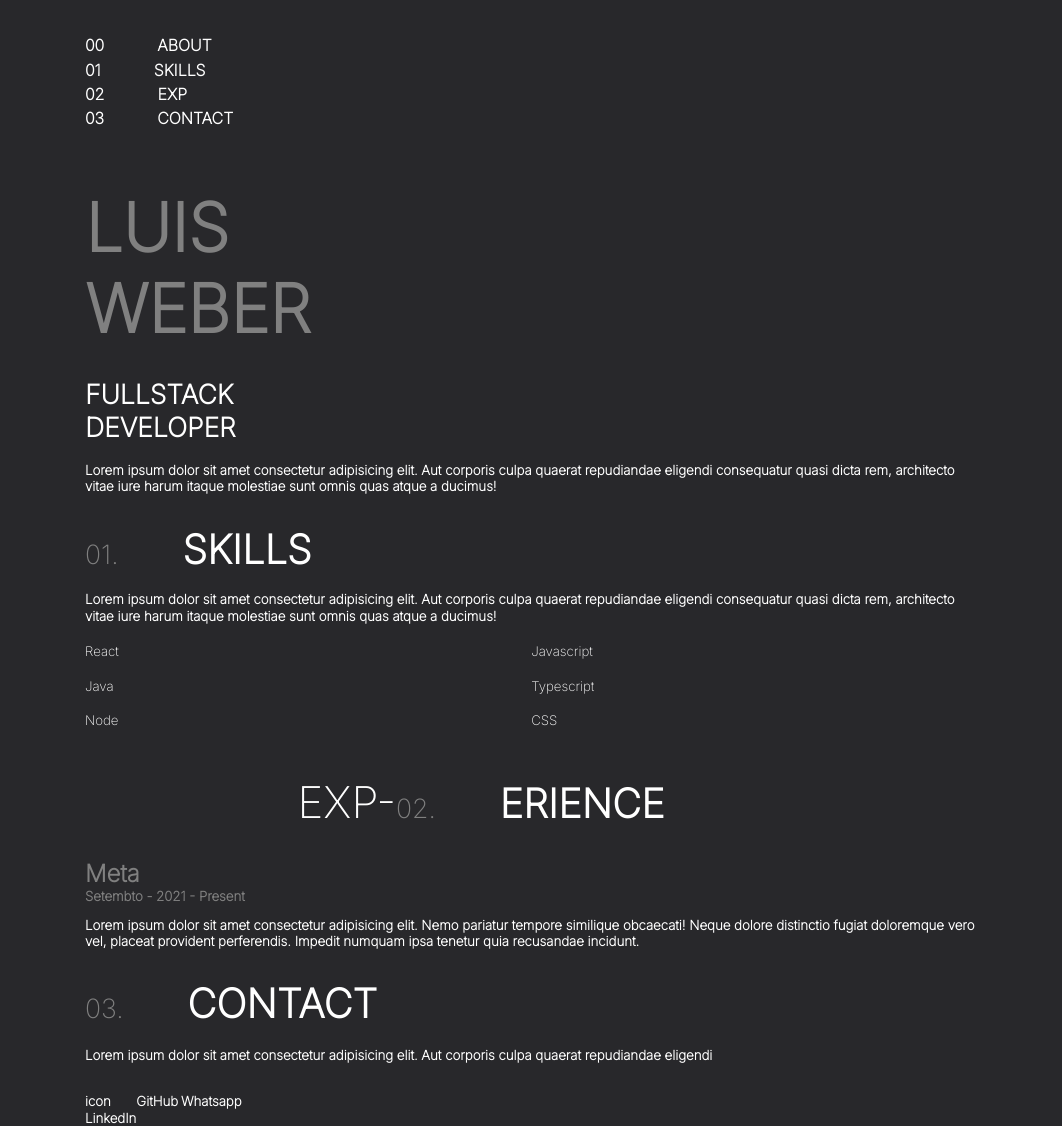
Repository: luiswh1/Portfolio
Page: /
These files come from the project's save history. The page is drawn as it stood at one moment and after a run of saves; the edit follows.
The browser window is 1280 px wide. The pictures show the whole page, at 83% of full size.
The project was rebuilt for these pictures with package versions that can differ from the ones it lists, and the page was loaded fresh each time.

Above is the page before, as saved 2023-05-28 18:13:56.

After the next 2 saves:
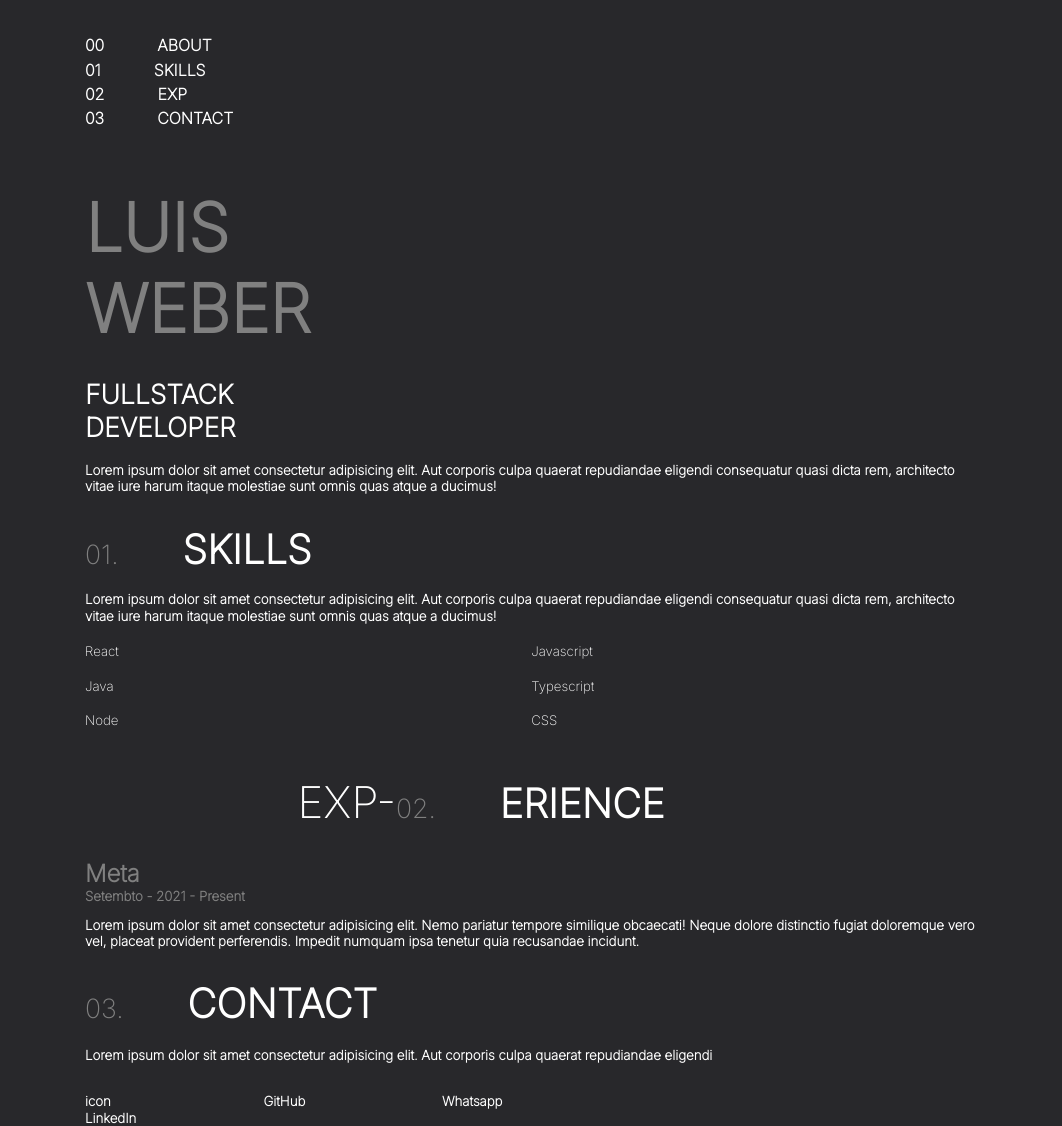
The 2 saves are shown as one change because they came seconds apart.
The last was saved 11 s later.
--- a/src/Pages/HomeStyles.tsx
+++ b/src/Pages/HomeStyles.tsx
@@ -93,7 +93,7 @@ flex-wrap: wrap;
 `
 
 export const ContactItem = styled.span`
-flex-basis: 5%;
+flex-basis: 20%;
 color: white;
 font-weight: bold;
 `
